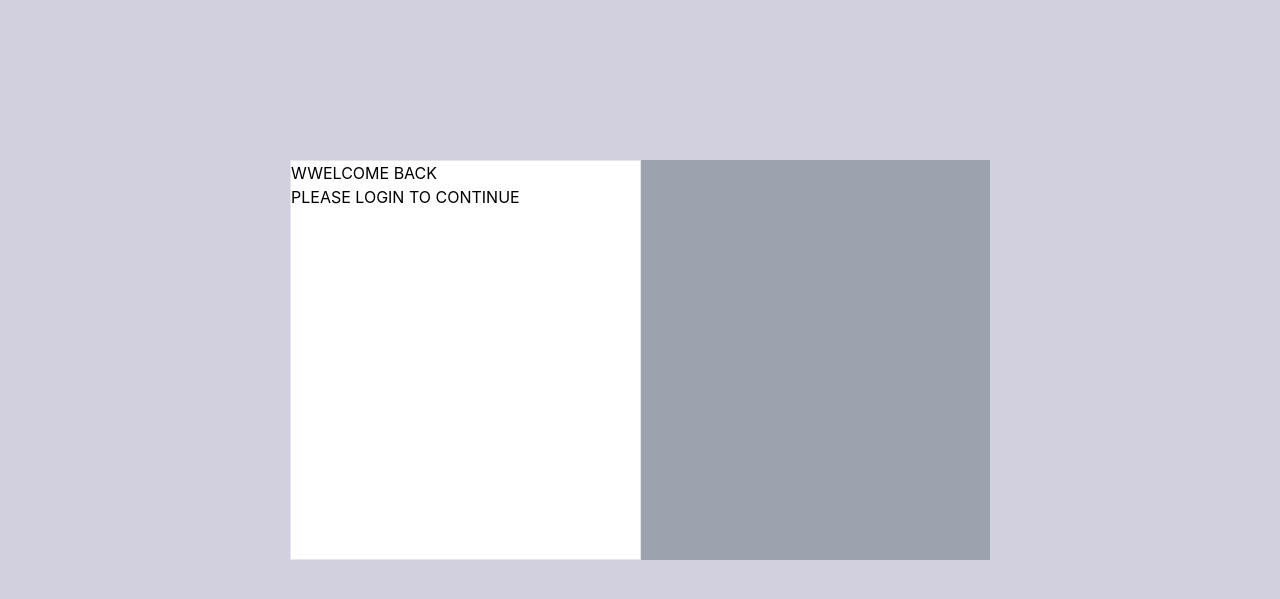
Repository: cosmicswati/upgrad-captions-project
Page: /account/signup
An editor plug-in stored every save of this project. The page is shown before and after the next save, followed by the edit.
The browser window is 1280 px wide. The pictures show the whole page.
The project was rebuilt for these pictures with package versions that can differ from the ones it lists, and the page was loaded fresh each time.

Above is the page before, as saved 2024-04-08 18:47:00.

### src/App.js
import Auth from "./modules/Authorization";


function App() {
  return (
    <div>
       <Auth />
    </div>
  );
}

export default App;

### src/modules/Authorization/index.js
import React from 'react'
import Form from './Form'

const Auth = () => {
  return (
    <div>
      <Form/>
    </div>
  )
}

export default Auth

### src/modules/Authorization/Form.jsx
import React from 'react';

const Form = () => {
  return (
    <div className='bg-[#d2cfdf] h-screen w-full flex justify-center items-center'>
      <div className='h-[400px] w-[700px] bg-white flex justify-center items-center'>
      <div className='border h-full w-full'>
         <div>WWELCOME BACK</div>
         <div>PLEASE LOGIN TO CONTINUE</div>
         <form>

         </form>
      </div>
      <div className='h-full w-full bg-gray-400'>

      </div>
    </div>
    </div>
  );
};

export default Form;

### tailwind.config.js
/** @type {import('tailwindcss').Config} */
module.exports = {
 mode:'jit',
 purge: [
  './public/**/*.html',
  './src/**/*.{js,jsx,ts,tsx,vue}',
 ],
  content: [
    "./src/**/*.{js,jsx,ts,tsx}",
  ],
  theme: {
    extend: {},
  },
  plugins: [],
}

### src/components/Input/index.js
import React from 'react'

const Input = ({
    name = '',
    label ='Usernme',
    type ='text',
    placeholder ='placeholder'
}) => {
  return (
    <div class="mb-4">
        <label class="block text-gray-700 text-sm font-bold mb-2" for="username">
            UserName
        </label>
        <input class="shadow apperance-none border rounded w-full py-2 px-3
         text-gray-700 leading-tight focus:outline-none focus:shadow-outline"
         id="username" type="text" placeholder="username"/>

    </div>
  )
}

export default Input

Loaded but not shown: public/index.html (common file); src/index.js (common file); src/index.css (common file); src/reportWebVitals.js (common file)

After the next save:
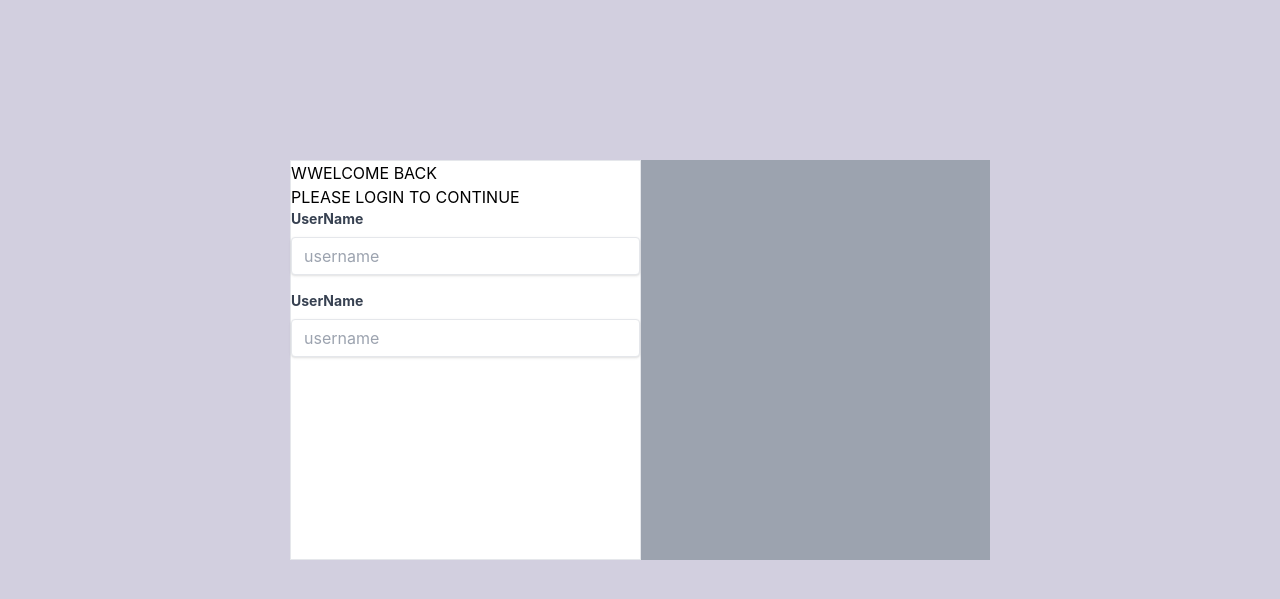
Saved 7 min 33 s later.
--- a/src/modules/Authorization/Form.jsx
+++ b/src/modules/Authorization/Form.jsx
@@ -1,4 +1,5 @@
 import React from 'react';
+import Input from '../../components/Input';
 
 const Form = () => {
   return (
@@ -8,7 +9,8 @@ const Form = () => {
          <div>WWELCOME BACK</div>
          <div>PLEASE LOGIN TO CONTINUE</div>
          <form>
-
+            <Input label='Email' type='email' placeholder='Enter your email' />
+            <Input label='Password' type='password' placeholder='Enter your password' />
          </form>
       </div>
       <div className='h-full w-full bg-gray-400'>
